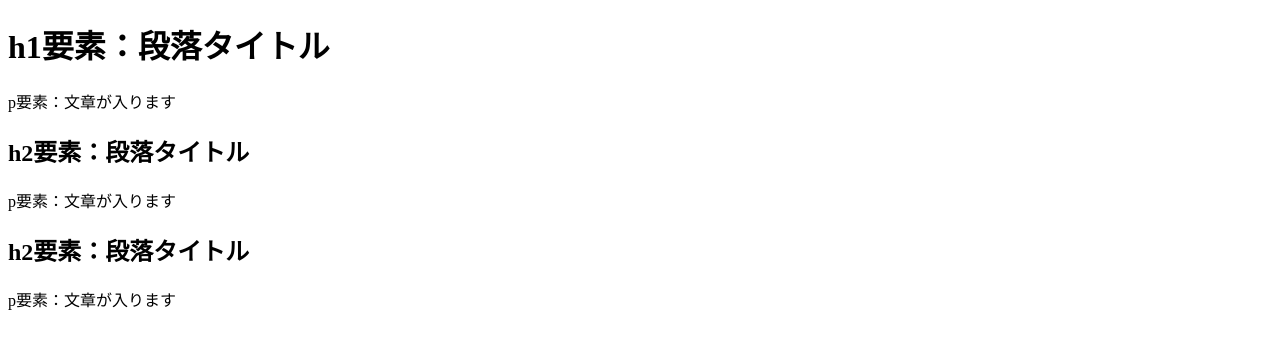
Repository: mogmogpasta/samurai_HTML-CSS
Page: training.html
The author's editor kept a record of every edit. The page is drawn from the files as they stood at one moment, then again after the next edit.
The browser window is 1280 px wide. The pictures show the whole page.

Above is the page before.

After the next edit:
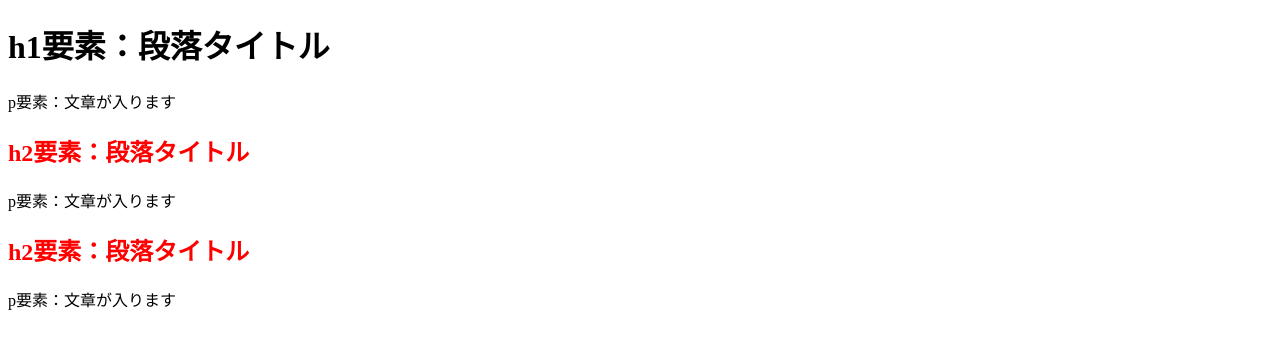
The edit:
--- a/training.html
+++ b/training.html
@@ -2,6 +2,12 @@
 <html lang="ja">
 <head>
     <meta charset="UTF-8">
+    <style>
+        h2{
+            color:red;
+        }
+    </style>
+
     <title>HTML/CSSの学習</title>
 </head>
 <body>
